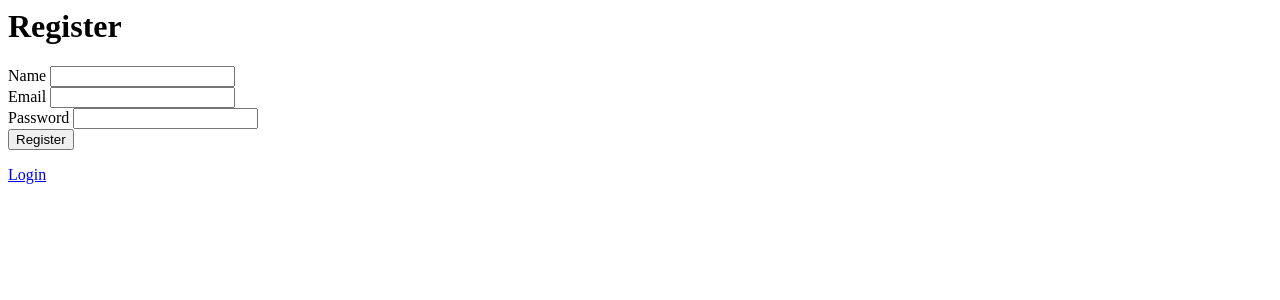
Repository: Santana19996/MovieAPI
Page: views/change-password.html
These files come from the project's save history. The page is drawn as it stood at one moment and after the next save; the edit follows.
The browser window is 1280 px wide. The pictures show the whole page.

Above is the page before, as saved 2022-02-10 14:30:42.

After the next save:
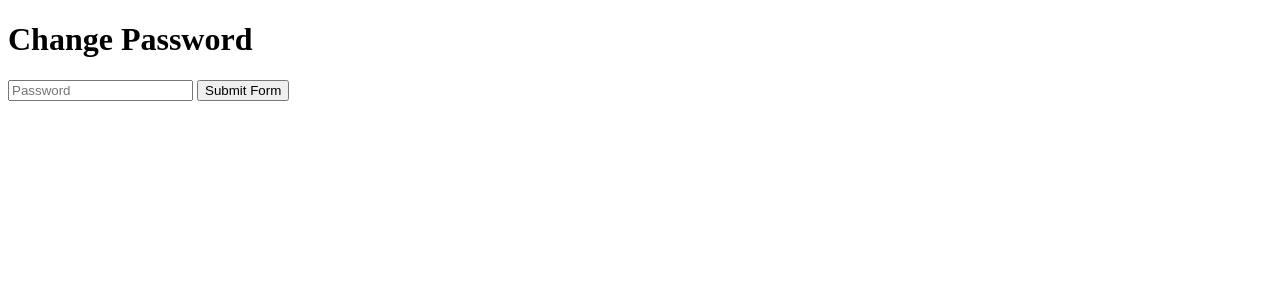
Saved 30 s later.
--- a/views/change-password.html
+++ b/views/change-password.html
@@ -1,18 +1,43 @@
-<h1>Register</h1>
-<form action="/register" method="post">
-  <div>
-    <label for="name">Name</label>
-    <input type="text" id="name" name="name" required />
-  </div>
-  <div>
-    <label for="email">Email</label>
-    <input type="email" id="email" name="email" required />
-  </div>
-  <div>
-    <label for="password">Password</label>
-    <input type="password" id="password" name="password" required />
-  </div>
-  <button type="submit">Register</button>
-</form>
+<!DOCTYPE html>
+<html lang="en">
+  <head>
+    <meta charset="UTF-8" />
+    <meta name="viewport" content="width=device-width, initial-scale=1.0" />
+    <title>Document</title>
+  </head>
+  <body>
+    <h1>Change Password</h1>
+    <form id="reg-form">
+      <input type="password" autocomplete="off" id="password" placeholder="Password" />
+      <input type="submit" value="Submit Form" />
+    </form>
 
-<a href="/login">Login</a>
+    <script>
+      const form = document.getElementById('reg-form');
+      form.addEventListener('submit', registerUser);
+
+      async function registerUser(event) {
+        event.preventDefault();
+        const password = document.getElementById('password').value;
+
+        const result = await fetch('/api/change-password', {
+          method: 'POST',
+          headers: {
+            'Content-Type': 'application/json',
+          },
+          body: JSON.stringify({
+            newpassword: password,
+            token: localStorage.getItem('token'),
+          }),
+        }).then((res) => res.json());
+
+        if (result.status === 'ok') {
+          // everythign went fine
+          alert('Success');
+        } else {
+          alert(result.error);
+        }
+      }
+    </script>
+  </body>
+</html>
